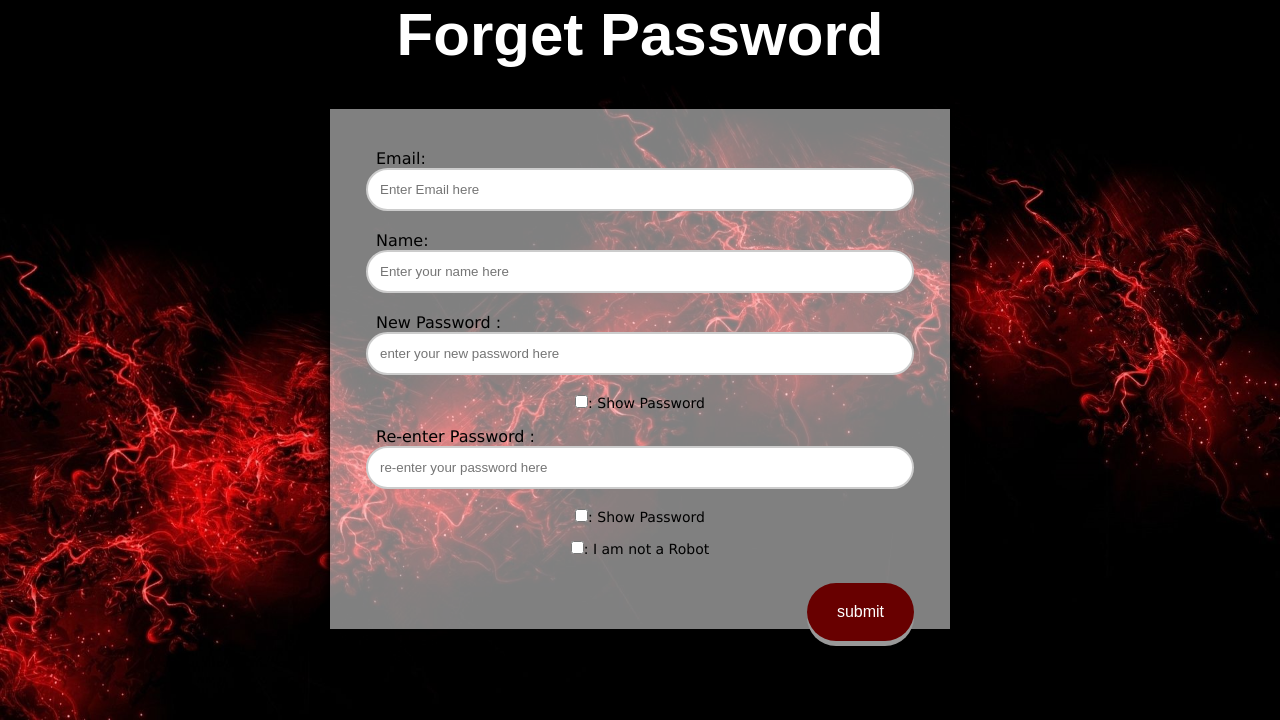
Repository: amila1998/OOP-Group-Assignment-1st-Year-2nd-Semester
Page: http://localhost/OMT/forgetpassword.jsp
The author's editor kept a copy of each file at every save. The page is drawn from the files as they stood at one save, then again after the next save.
The browser window is 1280 px wide. The pictures show the whole page.
Some web fonts or font styles are not loaded; a fallback is used. The page is served by Tomcat 9. Nobody is signed in. The application's start-up code is not run.

Above is the page before, as saved 2021-05-24 06:00:57.

After the next save:
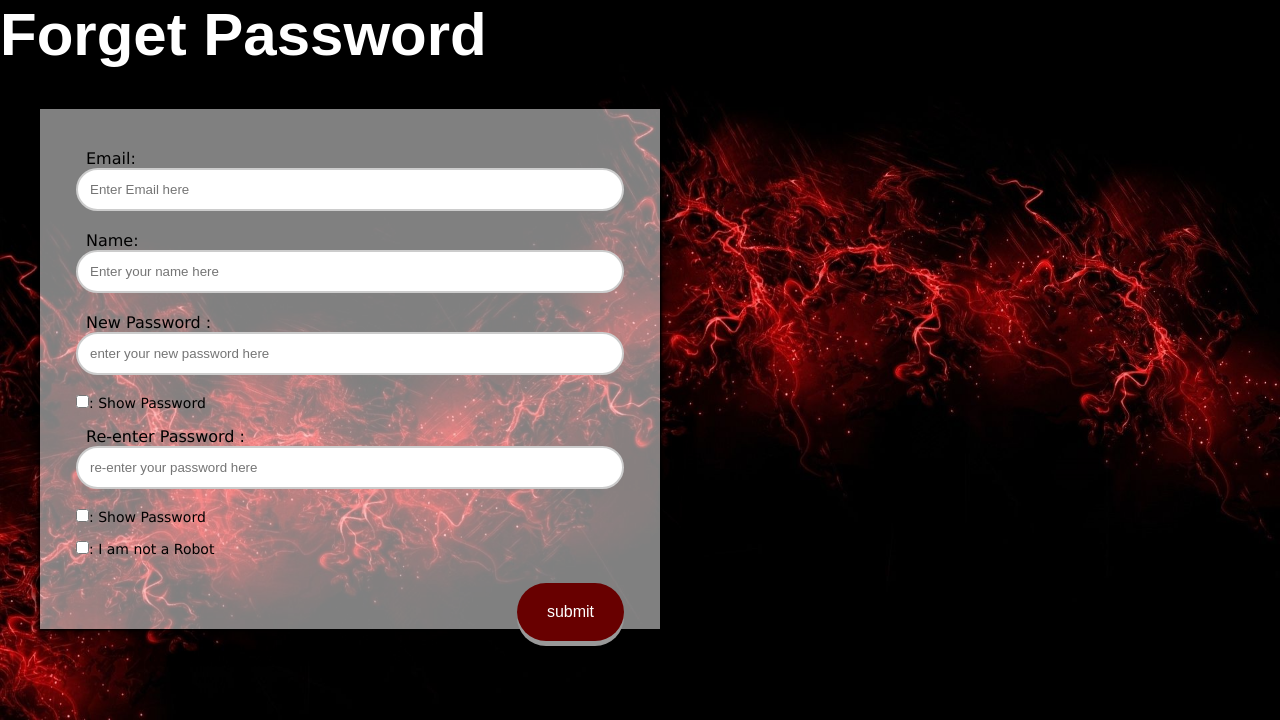
Saved 66 s later.
--- a/OMT/WebContent/forgetpassword.jsp
+++ b/OMT/WebContent/forgetpassword.jsp
@@ -9,7 +9,7 @@
 <title>Forget Password</title>
 </head>
 <body>
-<center><h1 class="Ttxtstyle">Forget Password</h1>
+<h1 class="Ttxtstyle">Forget Password</h1>
 <section style="width=100%;" class="logingbody">
 
 	<div id="formStyle3">
